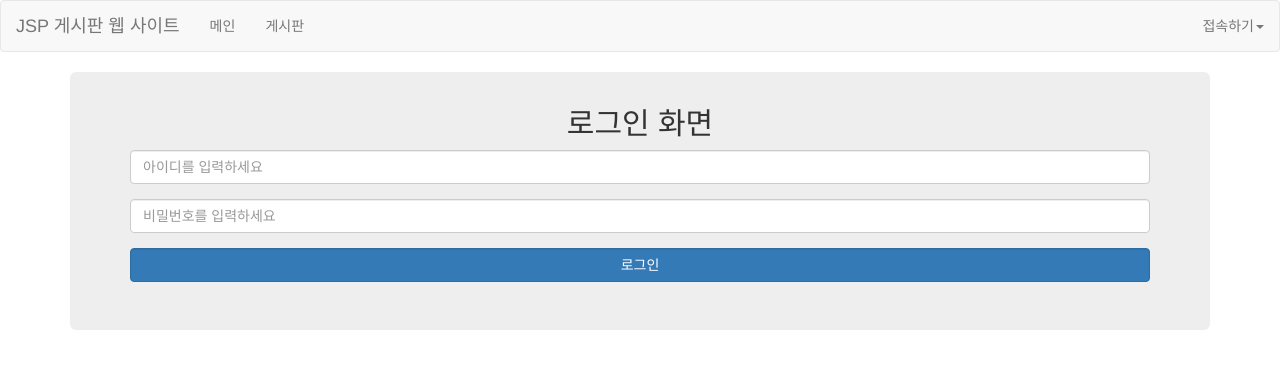
Repository: flown222/JSP_BasicWebsite_Project
Page: http://localhost/BBS/main.jsp
An editor plug-in stored every save of this project. The page is shown before and after the next save, followed by the edit.
The browser window is 1280 px wide. The pictures show the whole page.
The page is served by Tomcat 9.

Above is the page before, as saved 2022-08-21 06:05:40.

After the next save:
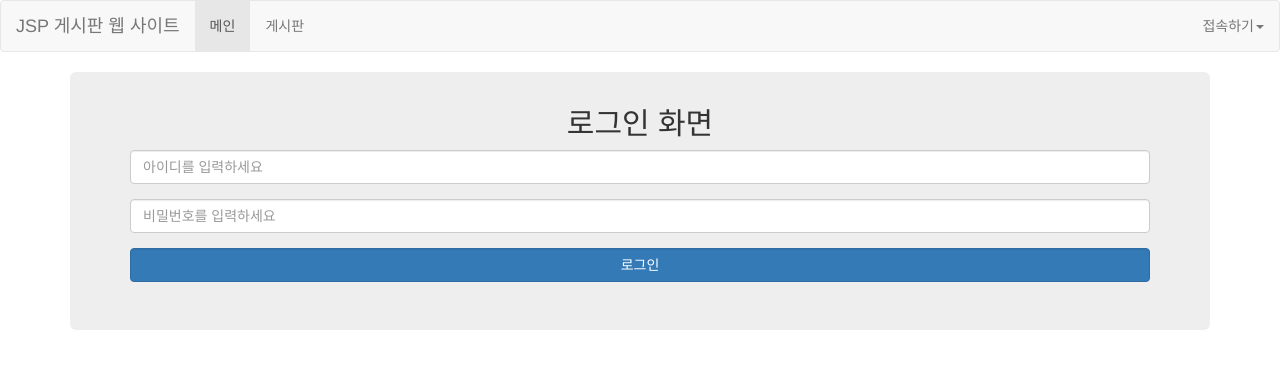
Saved 25 s later.
--- a/projects /BBS/src/main/webapp/main.jsp
+++ b/projects /BBS/src/main/webapp/main.jsp
@@ -32,7 +32,7 @@
        <div class="collapse navbar-collapse" id="bs-example-navbar-collapse-1"
        				aria-expanded="false">
            <ul class="nav navbar-nav">
-                   <li><a href="main.jsp">메인</a></li>
+                   <li class="active"><a href="main.jsp">메인</a></li>
                    <li><a href="bbs.jsp">게시판</a></li>
            </ul>
 			<ul class="nav navbar-nav navbar-right">
